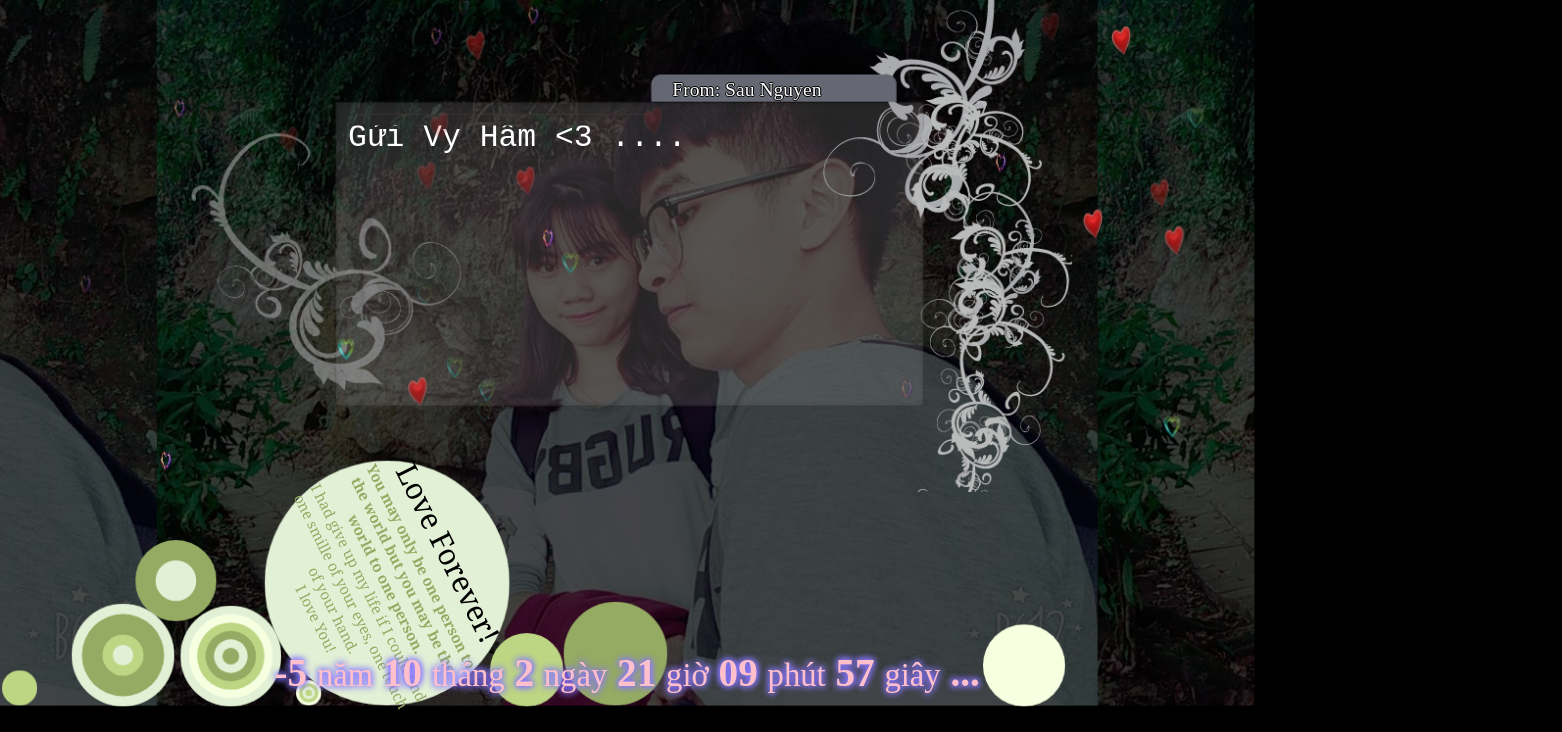
Repository: saunptit97/hpbdmon
Page: index.html
These files come from the project's save history. The page is drawn as it stood at one moment and after the next save; the edit follows.
The browser window is 1280 px wide. The page is 1594 px wide, so the pictures cover 1594 px, including what lies to the right of the window. The pictures show the whole page, at 98% of full size.

Above is the page before, as saved 2022-11-12 20:45:23.
Console error: TypeError: $(...).play is not a function

### index.html
<!DOCTYPE html PUBLIC "-//W3C//DTD XHTML 1.0 Transitional//EN" "http://www.w3.org/TR/xhtml1/DTD/xhtml1-transitional.dtd">
<html xmlns="http://www.w3.org/1999/xhtml">
<head>
    <meta http-equiv="Page-Enter" content="progid:DXImageTransform.Microsoft.Fade(duration=1)">
    <meta http-equiv="Page-Exit" content="progid:DXImageTransform.Microsoft.Fade(duration=1)">
    <meta http-equiv="X-UA-Compatible" content="chrome=1">
    <meta http-equiv="Content-Type" content="text/html; charset = UTF-8" />
    <link rel="shortcut icon" href="favicon.ico" />
    <link rel="Stylesheet" href="style.css" type="text/css" />
    <title>Tớ <3 Cậu</title>
    <script type="text/javascript" src="jquery.min.js"></script>
    <script type="text/javascript" src="counterup.js"></script>
    <script type="text/javascript" src="timroi.js"></script>
    <script language="javascript">

        title_tmp1 = document.title

        if (title_tmp1.indexOf(">>") != -1) {

            title_tmp2 = title_tmp1.split(">>");

            title_last = "*~*" + title_tmp2[1];

            title_last = title_last + "*~*" + title_tmp2[2];

        } else {



            if (title_tmp1.indexOf("*~*") != -1) {

                title_tmp2 = title_tmp1.split("*~*");

                title_last = "*~*" + title_tmp2[1];

                if (title_last == "*~*") { title_last = "*~*" };

                if (title_last == "*~*") { title_last = "*~*" };

            }

            else { title_last = " Nô <3 Mon " }

        }

        title_new = "" + title_last + ""

        step = 0

        function flash_title() {

            step++

            if (step == 8) { step = 1 }

            if (step == 1) { document.title = '[~~~*' + title_new + '*~~~]' }

            if (step == 2) { document.title = '[~~*~' + title_new + '-*~~]' }

            if (step == 3) { document.title = '[~*~~' + title_new + '~~*~]' }

            if (step == 4) { document.title = '[*~~~' + title_new + '~~~*]' }

            if (step == 5) { document.title = '[~*~~' + title_new + '~~*~]' }

            if (step == 6) { document.title = '[~~*~' + title_new + '~*~~]' }

            if (step == 7) { document.title = '[~~~*' + title_new + '*~~~]' }

            setTimeout("flash_title()", 180);

        }

        flash_title();

        function scrollToBottom(elm_id) {
            var elm = document.getElementById(elm_id);
            try {
                elm.scrollTop = elm.scrollHeight;
            }
            catch (e) {
                var f = document.createElement("input");
                if (f.setAttribute) f.setAttribute("type", "text")
                if (elm.appendChild) elm.appendChild(f);
                f.style.width = "0px";
                f.style.height = "0px";
                if (f.focus) f.focus();
                if (elm.removeChild) elm.removeChild(f);
            }
        }

    </script>

</head>
<body onload="javascript:teclear();">
    <div id="TextCounter">
        <span id="counter">
            <script type="text/javascript">
                new CountUp('September 30 2022 00:00:00', 'counter', "...  ");
            </script>
        </span>
    </div>

    <div id="BgContent">
    	<audio id="audio" style="display:none;" src="Han.mp3" autoplay loop > </audio>
        <div id="copyright">
            From: Sau Nguyen
        </div>
        <div id="TextContent">
        </div>
        <div id="MusicPlayer">
            <iframe src=Han.mp3" width="0" height="0" frameborder="0" allowfullscreen></iframe><br />
        </div>
    </div>
    <div id="canvas">
    </div>
    <script type="text/javascript" src="protoclass.js"></script>
    <script type="text/javascript" src="box2d.js"></script>
    <script type="text/javascript" src="Main.js"></script>
    <script language="javascript" type="text/javascript">
        mensaje =
'<font size="6" face="Courier New" color="#fff">Gửi Vy Hâm <3 ....<br></font>' + ' <br>' +

'<font color="#fff" size="4">Tớ mê cậu lắm</font><br>' +
'<font color="#fff" size="4">Tớ mê cậu lắm</font><br>' +
'<br>    ' +
'<br>' +

'<p align="left"> <font face="Courier New" color="#fff" size="6">Tớ <3 Cậu ...!! </font></p>';
        line = 0;
        cursor = '_';
        function teclear() {
            if (line == mensaje.length) cursor = '';
            document.getElementById('TextContent').innerHTML = mensaje.substring(0, line) + cursor;
            var objDiv = document.getElementById("TextContent");
            objDiv.scrollTop = objDiv.scrollHeight;
            if (line++ < mensaje.length) setTimeout("teclear()", 60);
        }
    </script>
</body>
</html>

<script type="text/javascript">
	jQuery(document).ready(function($) {
		$("#audio").play();
	});
</script>

### style.css
body
{
    padding: 0px;
    margin: 0px;
    overflow: hidden;
    /*background-image: url('background.jpg');*/
    /*background-position: top center;*/
}

body:before{
    overflow: hidden;
    background-image: url('background.jpg');
    background-position: top center;
    content: "";
    display: block;
    position: absolute;
    z-index: -1;
    width: 100%;
    height: 100%;
    opacity: .3;
}
#TextCounter
{
    text-align: center;
    color: pink;
    font-size: 18px;
    position: absolute;
    bottom: 10px;
    width: 100%;
    z-index: 9999999;
    font: 40px 'ChunkFiveRegular';
    text-shadow: 0 0 0.2em #87F, 0 0 0.2em #87F, 0 0 0.2em #87F;
}


#copyright
{

    padding-top:80px;

    color: #fff;
    width: 100%;
    font-size: 20px;
    padding-left:500px;
    text-shadow: -1px 0 black, 0 1px black, 1px 0 black, 0 -1px black;
}


#BgContent
{
    height: 621px;
    width: 908px;
    position:relative;
    clear:both;
    margin-left: auto;
    margin-right: auto;
    background-image: url('bgcontent.png');
    background-position: top center;
    background-repeat: no-repeat;

}

#MusicPlayer
{
    margin-top:15px;
    padding-left:450px;

}


#TextContent
{
    height:275px;
    width:570px;
    margin-top:25px;
    line-height:25px;

    z-index:9999999;

    margin-left:auto;
    margin-right:auto;
    overflow:hidden;

}

### counterup.js
function CountUp(initDate, id, msg){
  this.beginDate = new Date(initDate);
  this.msg = msg;
  this.numOfDays = [ 31, 28, 31, 30, 31, 30, 31, 31, 30, 31, 30, 31 ];
  this.borrowed = 0, this.years = 0, this.months = 0, this.days = 0;
  this.hours = 0, this.minutes = 0, this.seconds = 0;
  this.updateNumOfDays();
  this.calculate(id);
}

CountUp.prototype.updateNumOfDays=function(){
  var dateNow = new Date();
  var currYear = dateNow.getFullYear();
  if ( (currYear % 4 == 0 && currYear % 100 != 0 ) || currYear % 400 == 0 ) {
    this.numOfDays[1] = 29;
  }
  var self = this;
  setTimeout(function(){self.updateNumOfDays();}, (new Date((currYear+1), 1, 1) - dateNow));
}

CountUp.prototype.datePartDiff=function(then, now, MAX){
  var diff = now - then - this.borrowed;
  this.borrowed = 0;
  if ( diff > -1 ) return diff;
  this.borrowed = 1;
  return (MAX + diff);
}

CountUp.prototype.formatTime=function(){
  this.seconds = this.addLeadingZero(this.seconds);
  this.minutes = this.addLeadingZero(this.minutes);
  this.hours = this.addLeadingZero(this.hours);
}

CountUp.prototype.addLeadingZero=function(value){
  return value < 10 ? ("0" + value) : value;
}

CountUp.prototype.calculate = function (id) {
    var currDate = new Date();
    var prevDate = this.beginDate;
    this.seconds = this.datePartDiff(prevDate.getSeconds(), currDate.getSeconds(), 60);
    this.minutes = this.datePartDiff(prevDate.getMinutes(), currDate.getMinutes(), 60);
    this.hours = this.datePartDiff(prevDate.getHours(), currDate.getHours(), 24);
    this.days = this.datePartDiff(prevDate.getDate(), currDate.getDate(), this.numOfDays[currDate.getMonth()]);
    this.months = this.datePartDiff(prevDate.getMonth(), currDate.getMonth(), 12);
    this.years = this.datePartDiff(prevDate.getFullYear(), currDate.getFullYear(), 0);
    this.formatTime();
    var countainer = document.getElementById(id);
    countainer.innerHTML = "<strong>" + this.years + "</strong> <small>năm</small>" +
    " <strong>" + this.months + "</strong> <small>tháng</small>" +
    " <strong>" + this.days + "</strong> <small>ngày</small>" +
    " <strong>" + this.hours + "</strong> <small>giờ</small>" +
    " <strong>" + this.minutes + "</strong> <small>phút</small>" +
    " <strong>" + this.seconds + "</strong> <small>giây</small>" +
    " <strong> " + this.msg + " </strong>";
    var self = this;
    setTimeout(function () { self.calculate(id); }, 1000);
}

### timroi.js
    if(typeof $pdj=='undefined'){
        var $pdj=jQuery.noConflict()
        }

    if(!image_urls){
        var image_urls=Array()
    }

    if(!flash_urls){
        var flash_urls=Array()
    }

    image_urls['rain']="heart2.png";
    image_urls['heart']="heartr.png";
    image_urls['rain2']="heart3.png";

    $pdj(document).ready(function(){
        var c=$pdj(window).width();
        var d=$pdj(window).height();
        var e=function(a,b){
                return Math.round(a+(Math.random()*(b-a)))
                };
    var f=function(a){
            setTimeout(function(){
                a.css({
                        left:e(0,c)+'px',
                        top:'-30px',
                        display:'block',
                        opacity:'0.'+e(10,100)}).animate({top:(d-10)+'px'},
                        e(7500,8000),
                function(){
                        $pdj(this).fadeOut('slow',
                        function(){f(a)})})},e(1,8000))
                    };
                    $pdj('<div></div>').attr('id','rainDiv').css({position:'fixed',width:(c-20)+'px',height:'1px',left:'0px',top:'-5px',display:'block'}).appendTo('body');

                    for(var i=1;i<=20;i++){
                        var g=$pdj('<img/>').attr('src',image_urls['rain']).css({position:'absolute',left:e(0,c)+'px',top:'-30px',display:'block',opacity:'0.'+e(10,100),'margin-left':0, width:'20px', height : '30px'}).addClass('rainDrop').appendTo('#rainDiv');
                        f(g);
                        g=null
                        var g=$pdj('<img/>').attr('src',image_urls['heart']).css({position:'absolute',left:e(0,c)+'px',top:'-30px',display:'block',opacity:'0.'+e(10,100),'margin-left':0, width:'20px', height : '30px'}).addClass('rainDrop').appendTo('#rainDiv');
                      f(g);
                        g=null
                         var g=$pdj('<img/>').attr('src',image_urls['rain2']).css({position:'absolute',left:e(0,c)+'px',top:'-30px',display:'block',opacity:'0.'+e(10,100),'margin-left':0, width:'20px', height : '30px'}).addClass('rainDrop').appendTo('#rainDiv');
                        f(g);
                        g=null
                    };
                    var h=0;
                    var j=0;
                    $pdj(window).resize(function () { c = $pdj(window).width(); d = $pdj(window).height() })
                });

### protoclass.js

/* Based on Alex Arnell's inheritance implementation. */
var Class = {
  create: function() {
    var parent = null, properties = $A(arguments);
    if (Object.isFunction(properties[0]))
      parent = properties.shift();

    function klass() {
      this.initialize.apply(this, arguments);
    }

    Object.extend(klass, Class.Methods);
    klass.superclass = parent;
    klass.subclasses = [];

    if (parent) {
      var subclass = function() { };
      subclass.prototype = parent.prototype;
      klass.prototype = new subclass;
      parent.subclasses.push(klass);
    }

    for (var i = 0; i < properties.length; i++)
      klass.addMethods(properties[i]);

    if (!klass.prototype.initialize)
      klass.prototype.initialize = this.emptyFunction;

    klass.prototype.constructor = klass;

    return klass;
  },
  emptyFunction:function () {},

};

Class.Methods = {
  addMethods: function(source) {
    var ancestor   = this.superclass && this.superclass.prototype;
    var properties = Object.keys(source);

    if (!Object.keys({ toString: true }).length)
      properties.push("toString", "valueOf");

    for (var i = 0, length = properties.length; i < length; i++) {
      var property = properties[i], value = source[property];
      if (ancestor && Object.isFunction(value) &&
          value.argumentNames().first() == "$super") {
        var method = value, value = Object.extend((function(m) {
          return function() { return ancestor[m].apply(this, arguments) };
        })(property).wrap(method), {
          valueOf:  function() { return method },
          toString: function() { return method.toString() }
        });
      }
      this.prototype[property] = value;
    }

    return this;
  }
};

Object.extend = function(destination, source) {
  for (var property in source)
    destination[property] = source[property];
  return destination;
};

Object.extend(Object, {
  inspect: function(object) {
    try {
      if (Object.isUndefined(object)) return 'undefined';
      if (object === null) return 'null';
      return object.inspect ? object.inspect() : String(object);
    } catch (e) {
      if (e instanceof RangeError) return '...';
      throw e;
    }
  },

  toJSON: function(object) {
    var type = typeof object;
    switch (type) {
      case 'undefined':
      case 'function':
      case 'unknown': return;
      case 'boolean': return object.toString();
    }

    if (object === null) return 'null';
    if (object.toJSON) return object.toJSON();
    if (Object.isElement(object)) return;

    var results = [];
    for (var property in object) {
      var value = Object.toJSON(object[property]);
      if (!Object.isUndefined(value))
        results.push(property.toJSON() + ': ' + value);
    }

    return '{' + results.join(', ') + '}';
  },

  toQueryString: function(object) {
    return $H(object).toQueryString();
  },

  toHTML: function(object) {
    return object && object.toHTML ? object.toHTML() : String.interpret(object);
  },

  keys: function(object) {
    var keys = [];
    for (var property in object)
      keys.push(property);
    return keys;
  },

  values: function(object) {
    var values = [];
    for (var property in object)
      values.push(object[property]);
    return values;
  },

  clone: function(object) {
    return Object.extend({ }, object);
  },

  isElement: function(object) {
    return object && object.nodeType == 1;
  },

  isArray: function(object) {
    return object != null && typeof object == "object" &&
      'splice' in object && 'join' in object;
  },

  isHash: function(object) {
    return object instanceof Hash;
  },

  isFunction: function(object) {
    return typeof object == "function";
  },

  isString: function(object) {
    return typeof object == "string";
  },

  isNumber: function(object) {
    return typeof object == "number";
  },

  isUndefined: function(object) {
    return typeof object == "undefined";
  }
});

function $A(iterable) {
  if (!iterable) return [];
  if (iterable.toArray) return iterable.toArray();
  var length = iterable.length || 0, results = new Array(length);
  while (length--) results[length] = iterable[length];
  return results;
}

if (WebKit = navigator.userAgent.indexOf('AppleWebKit/') > -1) {
  $A = function(iterable) {
    if (!iterable) return [];
    if (!(Object.isFunction(iterable) && iterable == '[object NodeList]') &&
        iterable.toArray) return iterable.toArray();
    var length = iterable.length || 0, results = new Array(length);
    while (length--) results[length] = iterable[length];
    return results;
  };
}

Loaded but not shown: jquery.min.js (library); box2d.js (library); Main.js (512 lines, source omitted)

After the next save:
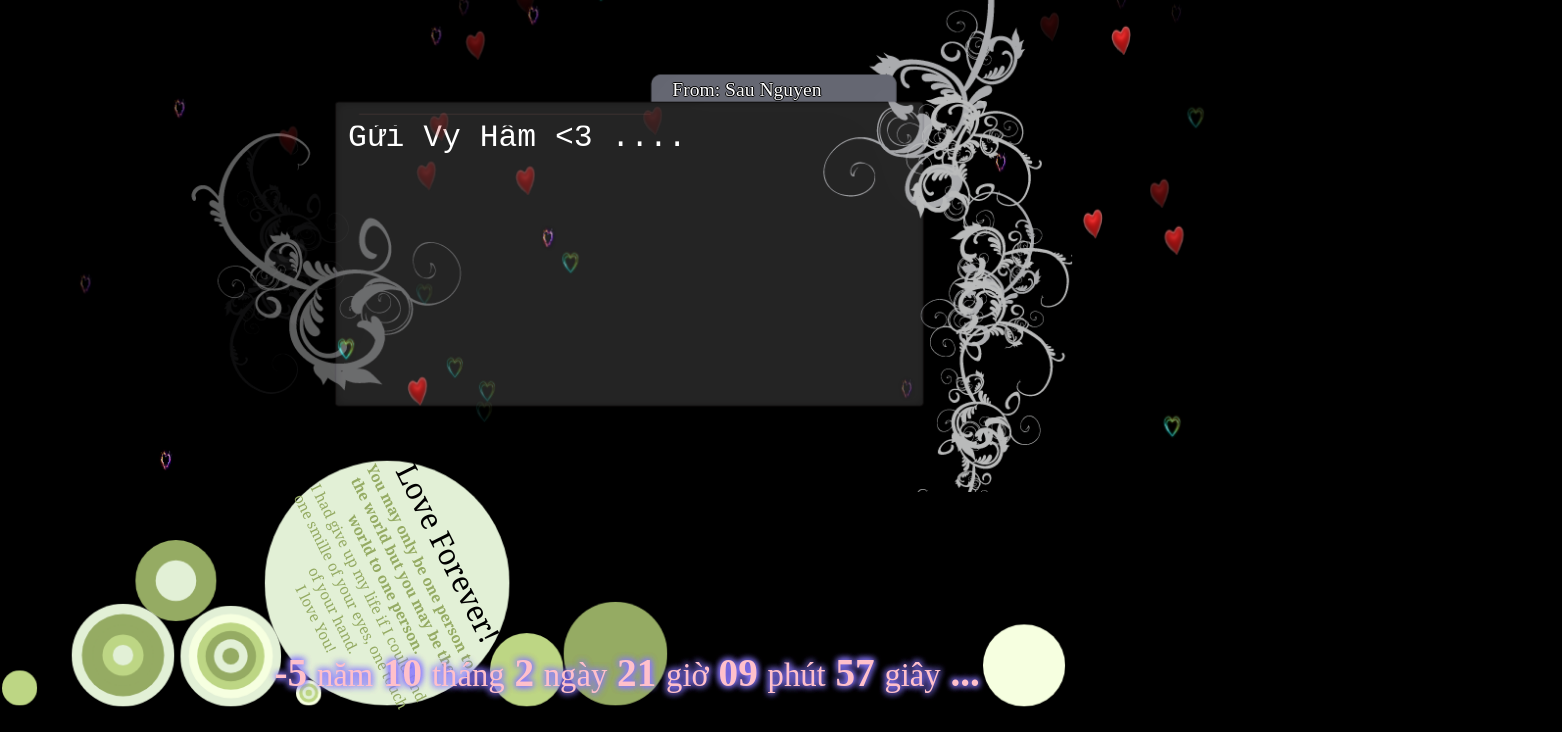
Not found: bg.jpg
Saved 24 s later.
--- a/style.css
+++ b/style.css
@@ -9,7 +9,7 @@ body
 
 body:before{
     overflow: hidden;
-    background-image: url('background.jpg');
+    background-image: url('bg.jpg');
     background-position: top center;
     content: "";
     display: block;
